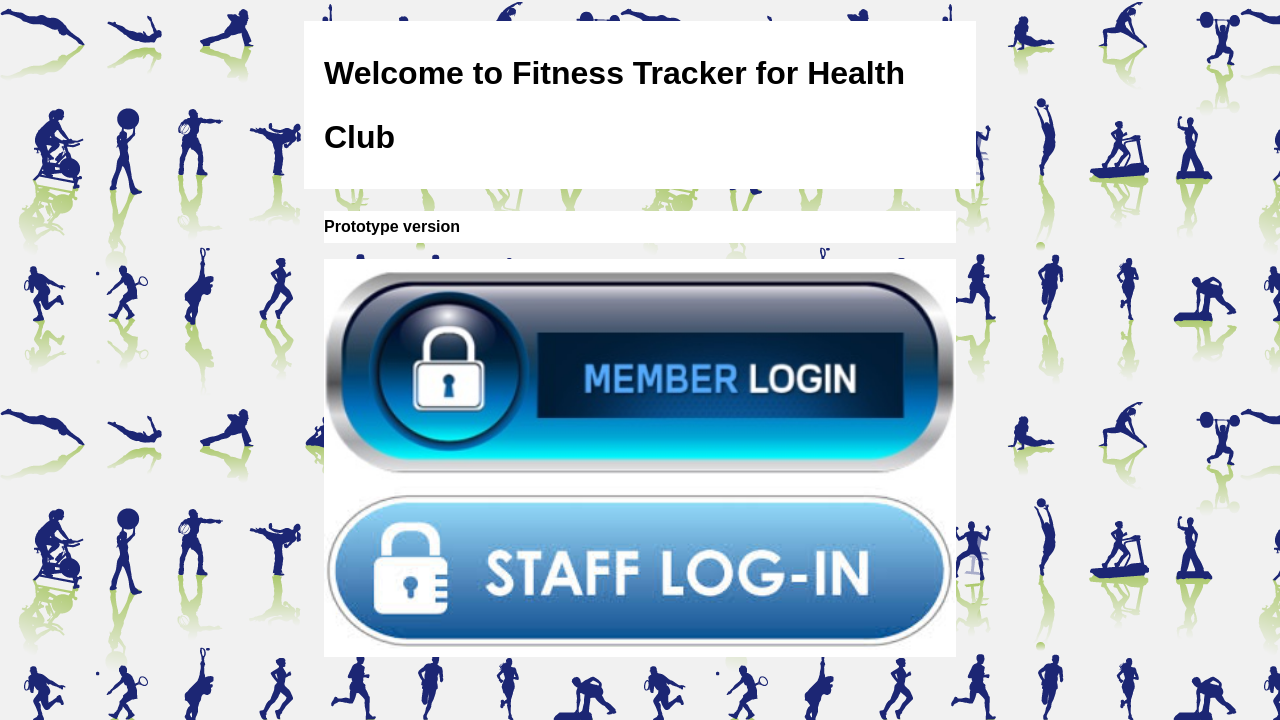
Repository: dmiropol/FitnessMemberTracker
Page: http://localhost/
The author's editor kept a copy of each file at every save. The page is drawn from the files as they stood at one save, then again after the next save.
The browser window is 1280 px wide. The pictures show the whole page.
The page is served by the project's Node server (app.js).

Above is the page before, as saved 2018-11-16 10:33:49.

After the next save:
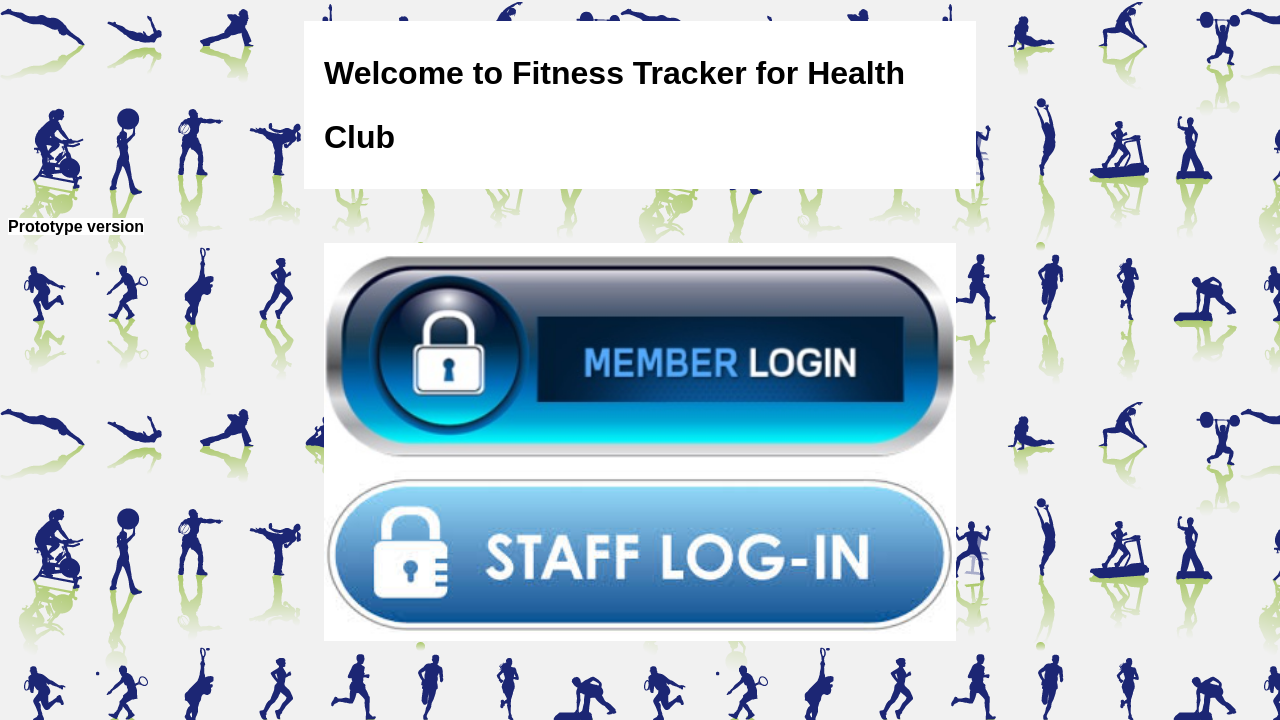
Saved 1 s later.
--- a/views/index.ejs
+++ b/views/index.ejs
@@ -6,7 +6,7 @@
   </head>
   <body background="background.png">
     <h1 class="center">Welcome to <%= title %></h1>
-    <h3 class="center">Prototype version</h3>
+    <h3 class="right">Prototype version</h3>
     <a href="/member"><img border="0" alt="member area" src="MemberLogin.jpg"  class="center">
     <a href="/staff"><img border="0" alt="staff area" src="StaffLogin.jpg" class="center">
   </body>
